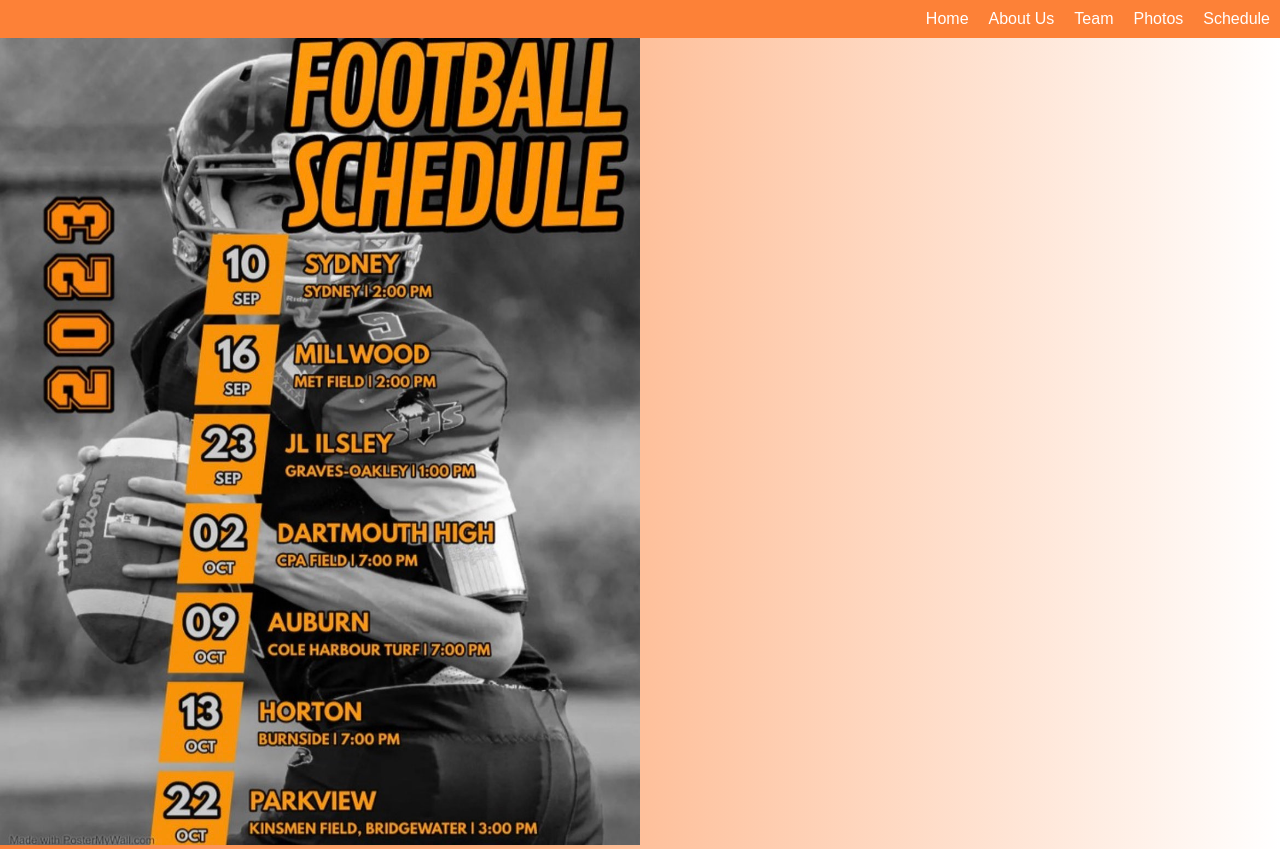
Repository: SHSFootballRepo/Website
Page: public/schedule.html
An editor plug-in stored every save of this project. The page is shown before and after the next save, followed by the edit.
The browser window is 1280 px wide. The pictures show the whole page.

Above is the page before, as saved 2023-08-19 18:54:46.

After the next save:
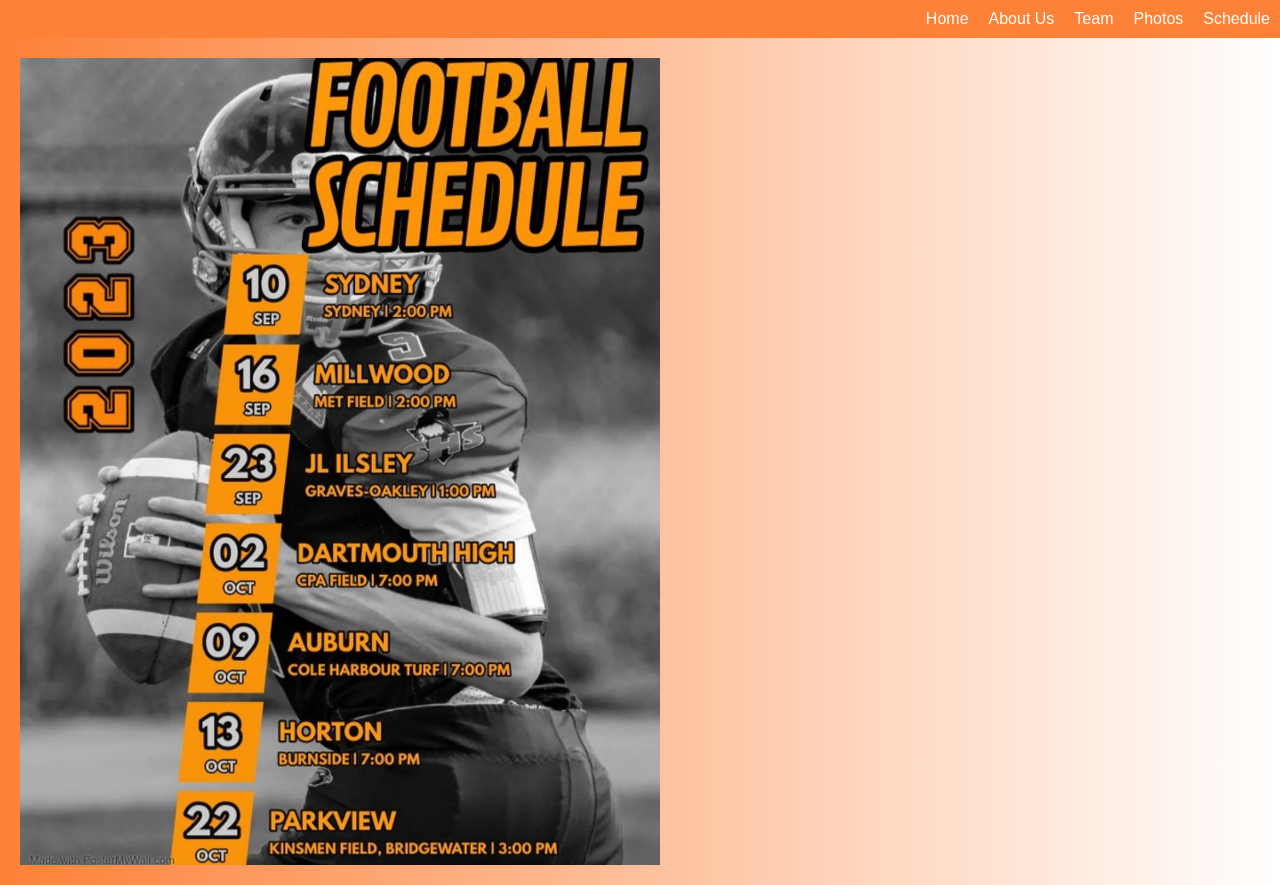
Saved 2 min 14 s later.
--- a/public/styles.css
+++ b/public/styles.css
@@ -115,4 +115,8 @@
 .schedule1 img {
     height: 50%;
     width: 50%;
+    padding: 20px;
+    display: flex;
+    justify-content: center;
+    align-items: center;
 }
